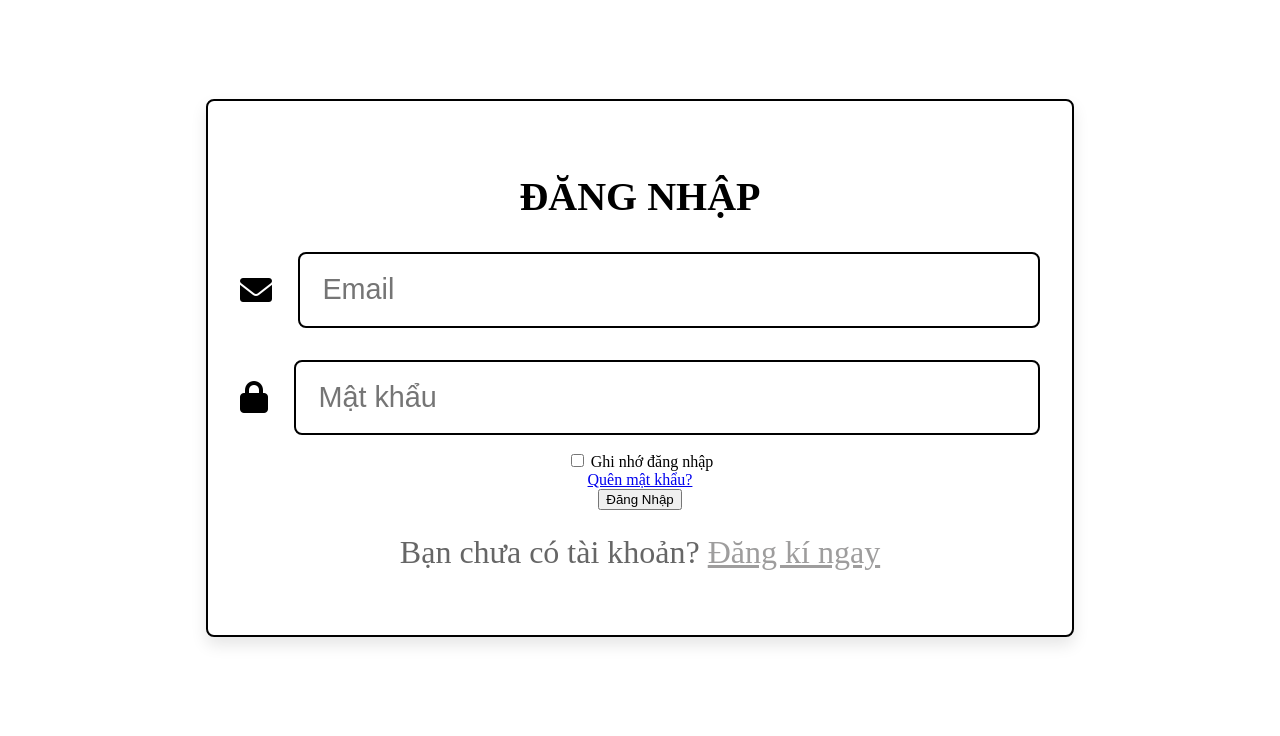
Repository: Dien973/expense_manager
Page: http://localhost/expense_manager/user_page/login.php
The author's editor kept a copy of each file at every save. The page is drawn from the files as they stood at one save, then again after the next save.
The browser window is 1280 px wide. The pictures show the whole page.
The page is run by PHP 8.4 with error messages shown; the project is at /var/www/html/. user_page/conn.php is not in the repository; a stand-in opens the database connection. Other server files are loaded and not shown.

Above is the page before, as saved 2025-12-05 13:48:26.

### user_page/login.php
<?php

@include 'conn.php';

session_start();

if(isset($_POST['submit'])){

   $filter_email = filter_var($_POST['email'], FILTER_SANITIZE_STRING);
   $email = mysqli_real_escape_string($conn, $filter_email);
   $filter_pass = filter_var($_POST['pass'], FILTER_SANITIZE_STRING);
   $pass = mysqli_real_escape_string($conn, $filter_pass);

   $select_users = mysqli_query($conn, "SELECT * FROM `users` WHERE email = '$email' AND upassword = '$pass'") or die('Thất bại');


   if(mysqli_num_rows($select_users) > 0){

      $row = mysqli_fetch_assoc($select_users);

      if($row['urole'] == 'admin'){

         $_SESSION['admin_name'] = $row['uname'];
         $_SESSION['admin_email'] = $row['email'];
         $_SESSION['admin_id'] = $row['uid'];
         header('location:admin_page.php');

      }elseif($row['urole'] == 'user'){

         $_SESSION['user_name'] = $row['uname'];
         $_SESSION['user_email'] = $row['email'];
         $_SESSION['user_id'] = $row['uid'];
         header('location:home.php');

      }else{
         $message[] = 'Không tìm thấy người dùng!';
      }

   }else{
      $message[] = 'Sai email hoặc mật khẩu!';
   }

}

?>

<!DOCTYPE html>
<html lang="en">
<head>
   <meta charset="UTF-8">
   <meta http-equiv="X-UA-Compatible" content="IE=edge">
   <meta name="viewport" content="width=device-width, initial-scale=1.0">
   <title>Đăng nhập</title>

   <!-- font awesome cdn link  -->
   <link rel="stylesheet" href="https://cdnjs.cloudflare.com/ajax/libs/font-awesome/6.0.0/css/all.min.css">

   <!-- custom css file link  -->
   <link rel="stylesheet" href="../css/main.css">

</head>
<body>

<?php
if(isset($message)){
   foreach($message as $message){
      echo '
      <div class="message">
         <span>'.$message.'</span>
         <i class="fas fa-times" onclick="this.parentElement.remove();"></i>
      </div>
      ';
   }
}
?>

<section class="form-container">

   <form action="" method="post">
      <h3>Đăng Nhập</h3>

      <div class="input-boxes">
         <div class="inpt">
            <i class="fas fa-envelope"></i>
            <input type="email" name="email" class="box" placeholder="Email" required>
         </div>
         <div class="inpt">
            <i class="fas fa-lock"></i>
            <input type="password" name="pass" class="box" placeholder="Mật khẩu" required>
         </div>
         <div>
            <input id="remember-login" type="checkbox" name="remember">
            <label for="remember-login">Ghi nhớ đăng nhập</label>
         </div>
         <div class="forgot-password" class="text"><a href="#">Quên mật khẩu?</a></div>
         <input type="submit" class="btn" name="submit" value="Đăng Nhập">
         <p>Bạn chưa có tài khoản? <a href="signup.php">Đăng kí ngay</a></p>
      </div>
   </form>
</section>

</body>
</html>

### css/main.css
.form-container {
  display: flex;
  align-items: center;
  justify-content: center;
  min-height: 100vh;
}

.form-container form {
  padding: 2rem;
  border-radius: 0.5rem;
  border: #000 solid 2px;
  background-color: #ffffff;
  box-shadow: 0 0.5rem 1rem rgba(0, 0, 0, 0.1);
  width: 50rem;
  text-align: center;
}

.form-container form h3 {
  font-size: 2.5rem;
  text-transform: uppercase;
  color: #000;
  margin-bottom: 1rem;
}

.form-container form .inpt {
  display: flex;
  align-items: center; /* Căn chỉnh theo chiều dọc */
  gap: 10px; /* Tạo khoảng cách giữa icon và input */
}
.form-container form .box {
  width: 90%;
  padding: 1.2rem 1.4rem;
  font-size: 1.8rem;
  color: #000;
  border: #000 solid 2px;
  background-color: #fff;
  margin: 1rem 0;
  border-radius: 0.5rem;
}

.form-container form i {
  color: #000;
  font-size: 2rem;
  margin-right: 1rem;
}

.form-container form p {
  margin-top: 1.5rem;
  font-size: 2rem;
  color: #666;
}

.form-container form p a {
  color: #9e9d9d;
}

.form-container form p a:hover {
  text-decoration: underline;
}

After the next save:
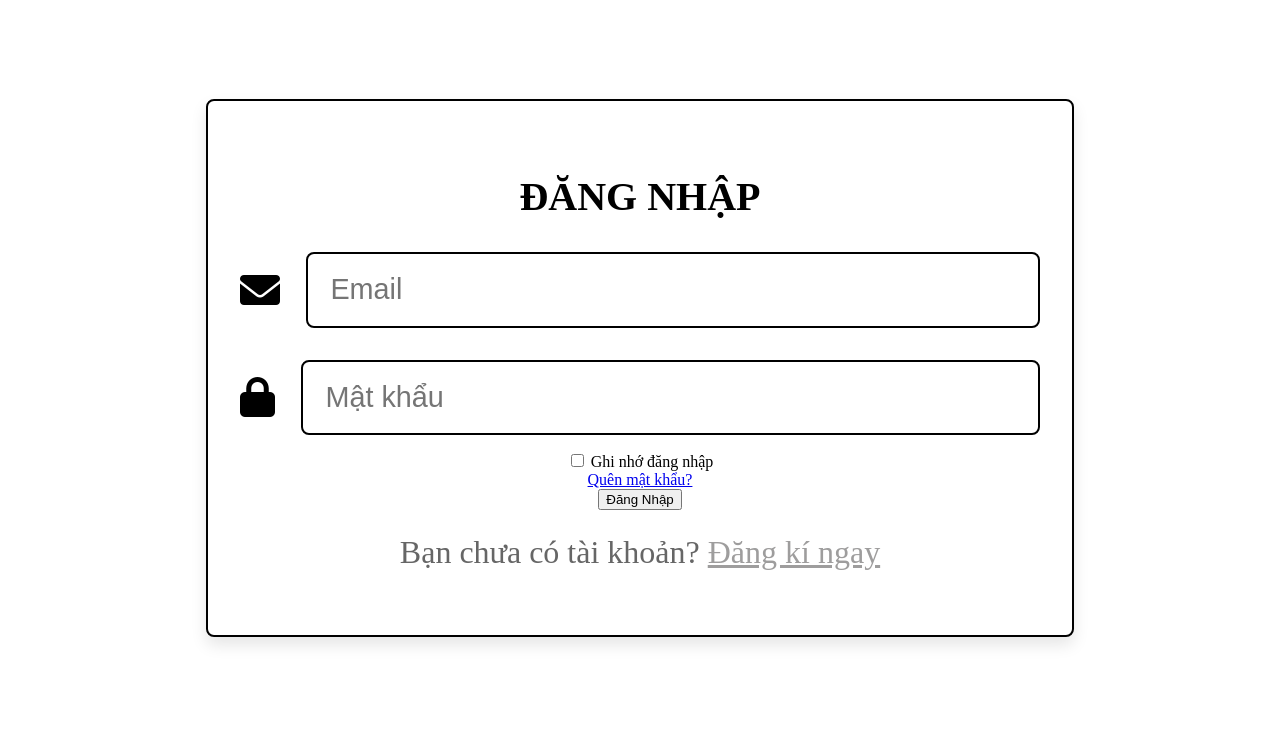
Saved 11 s later.
--- a/css/main.css
+++ b/css/main.css
@@ -40,7 +40,7 @@
 
 .form-container form i {
   color: #000;
-  font-size: 2rem;
+  font-size: 2.5rem;
   margin-right: 1rem;
 }
 
